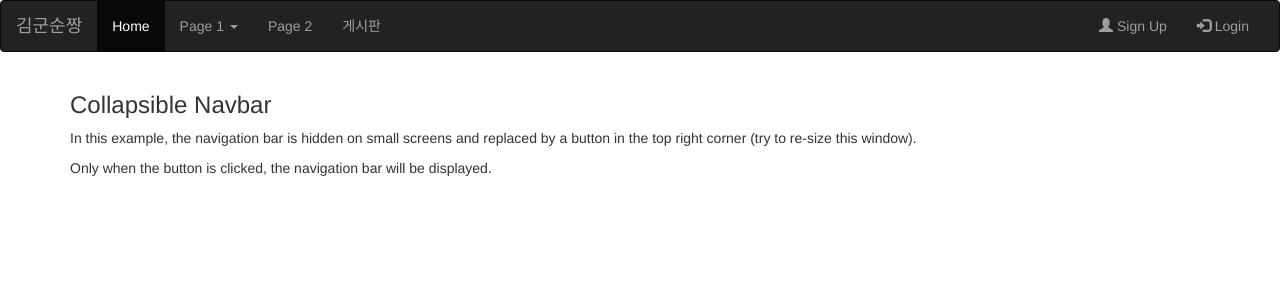
Repository: SeeUSoon93/Spring
Page: http://localhost/SpringMVC03/WEB-INF/views/index.jsp
An editor plug-in stored every save of this project. The page is shown before and after the next save, followed by the edit.
The browser window is 1280 px wide. The pictures show the whole page.
The page is served by Tomcat 9. Nobody is signed in. The template is opened directly, without the code that normally fills it, so the values that code supplies are empty.

Above is the page before, as saved 2023-10-06 02:46:02.

After the next save:
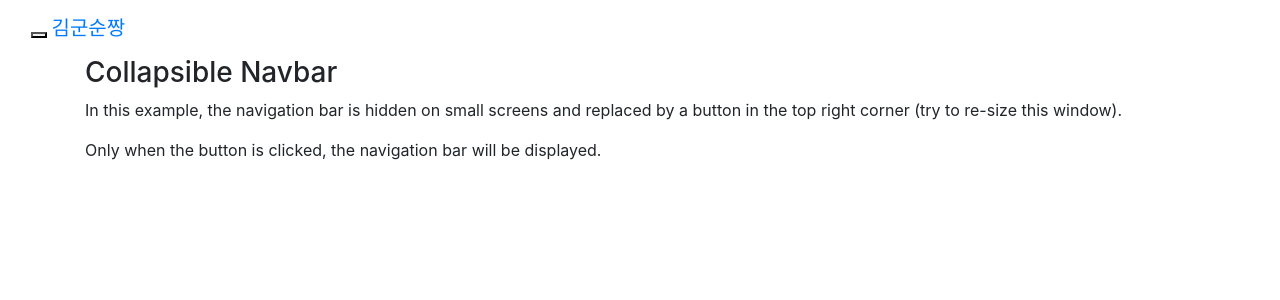
Saved 108 s later.
--- a/SpringMVC03/src/main/webapp/WEB-INF/views/common/header.jsp
+++ b/SpringMVC03/src/main/webapp/WEB-INF/views/common/header.jsp
@@ -6,9 +6,9 @@
   <title>SpringMVC03</title>
   <meta charset="utf-8">
   <meta name="viewport" content="width=device-width, initial-scale=1">
-    <link rel="stylesheet" href="https://maxcdn.bootstrapcdn.com/bootstrap/3.4.1/css/bootstrap.min.css">
+    <link rel="stylesheet" href="https://maxcdn.bootstrapcdn.com/bootstrap/4.4.1/css/bootstrap.min.css">
   <script src="https://ajax.googleapis.com/ajax/libs/jquery/3.6.4/jquery.min.js"></script>
-  <script src="https://maxcdn.bootstrapcdn.com/bootstrap/3.4.1/js/bootstrap.min.js"></script>
+  <script src="https://maxcdn.bootstrapcdn.com/bootstrap/4.4.1/js/bootstrap.min.js"></script>
 </head>
 <body>
 

After the save that followed:
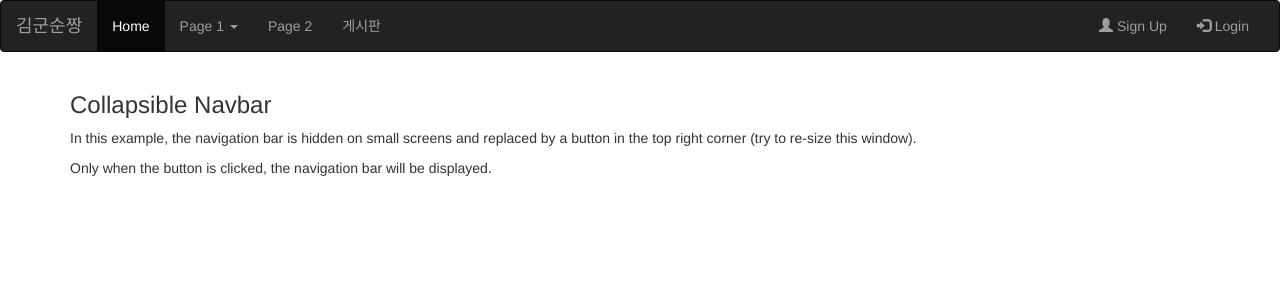
Saved 4 s later.
--- a/SpringMVC03/src/main/webapp/WEB-INF/views/common/header.jsp
+++ b/SpringMVC03/src/main/webapp/WEB-INF/views/common/header.jsp
@@ -6,9 +6,9 @@
   <title>SpringMVC03</title>
   <meta charset="utf-8">
   <meta name="viewport" content="width=device-width, initial-scale=1">
-    <link rel="stylesheet" href="https://maxcdn.bootstrapcdn.com/bootstrap/4.4.1/css/bootstrap.min.css">
+    <link rel="stylesheet" href="https://maxcdn.bootstrapcdn.com/bootstrap/3.4.1/css/bootstrap.min.css">
   <script src="https://ajax.googleapis.com/ajax/libs/jquery/3.6.4/jquery.min.js"></script>
-  <script src="https://maxcdn.bootstrapcdn.com/bootstrap/4.4.1/js/bootstrap.min.js"></script>
+  <script src="https://maxcdn.bootstrapcdn.com/bootstrap/3.4.1/js/bootstrap.min.js"></script>
 </head>
 <body>
 
